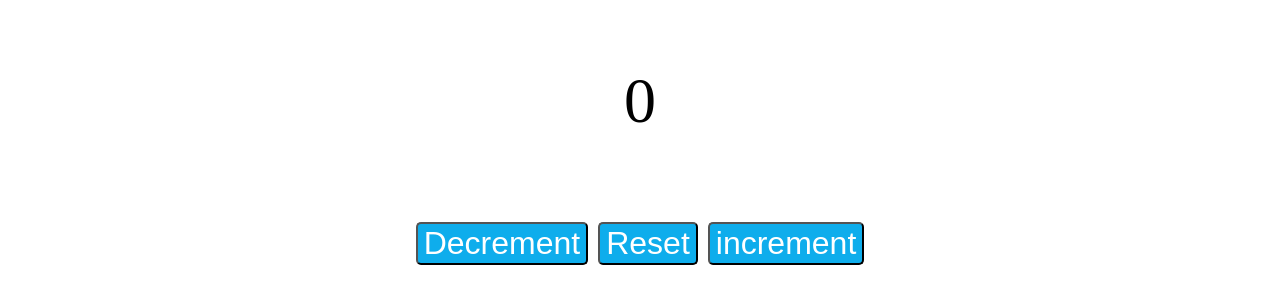
Repository: wakoya-tech/my-react-practice
Page: /
The author's editor kept a copy of each file at every save. The page is drawn from the files as they stood at one save, then again after the next save.
The browser window is 1280 px wide. The pictures show the whole page.
The project was rebuilt for these pictures with package versions that can differ from the ones it lists, and the page was loaded fresh each time. Also part of the build but not shown: vite.config.js.

Above is the page before, as saved 2025-10-02 11:35:16.

After the next save:
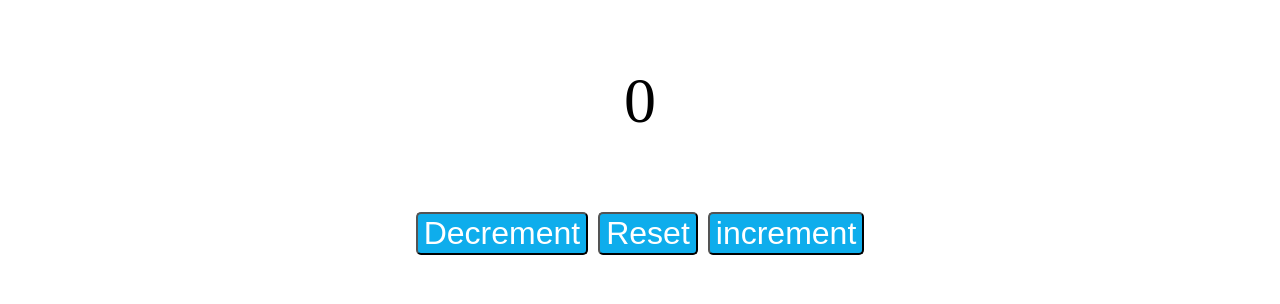
Saved 13 s later.
--- a/src/index.css
+++ b/src/index.css
@@ -4,7 +4,7 @@ Button{
   text-align: center;
   color: #fff;
   align-items: center;
-  margin: 20px 5px ;
+  margin: 10px 5px ;
   border-radius: 5px;
 
 }
